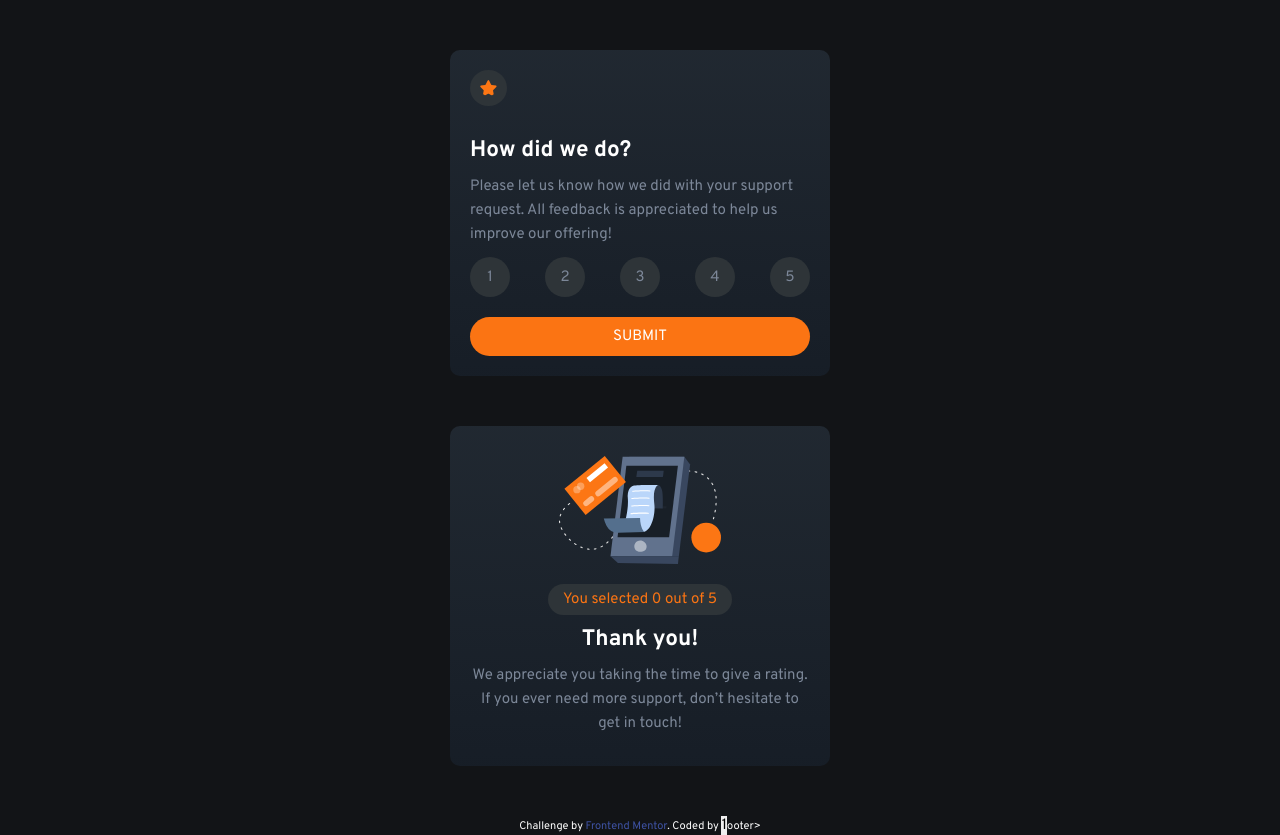
Repository: huynhnhutanhduy/interactive-rating-component
Page: index.html
These files come from the project's save history. The page is drawn as it stood at one moment and after the next save; the edit follows.
The browser window is 1280 px wide. The pictures show the whole page.

Above is the page before, as saved 2022-10-19 10:44:27.

After the next save:
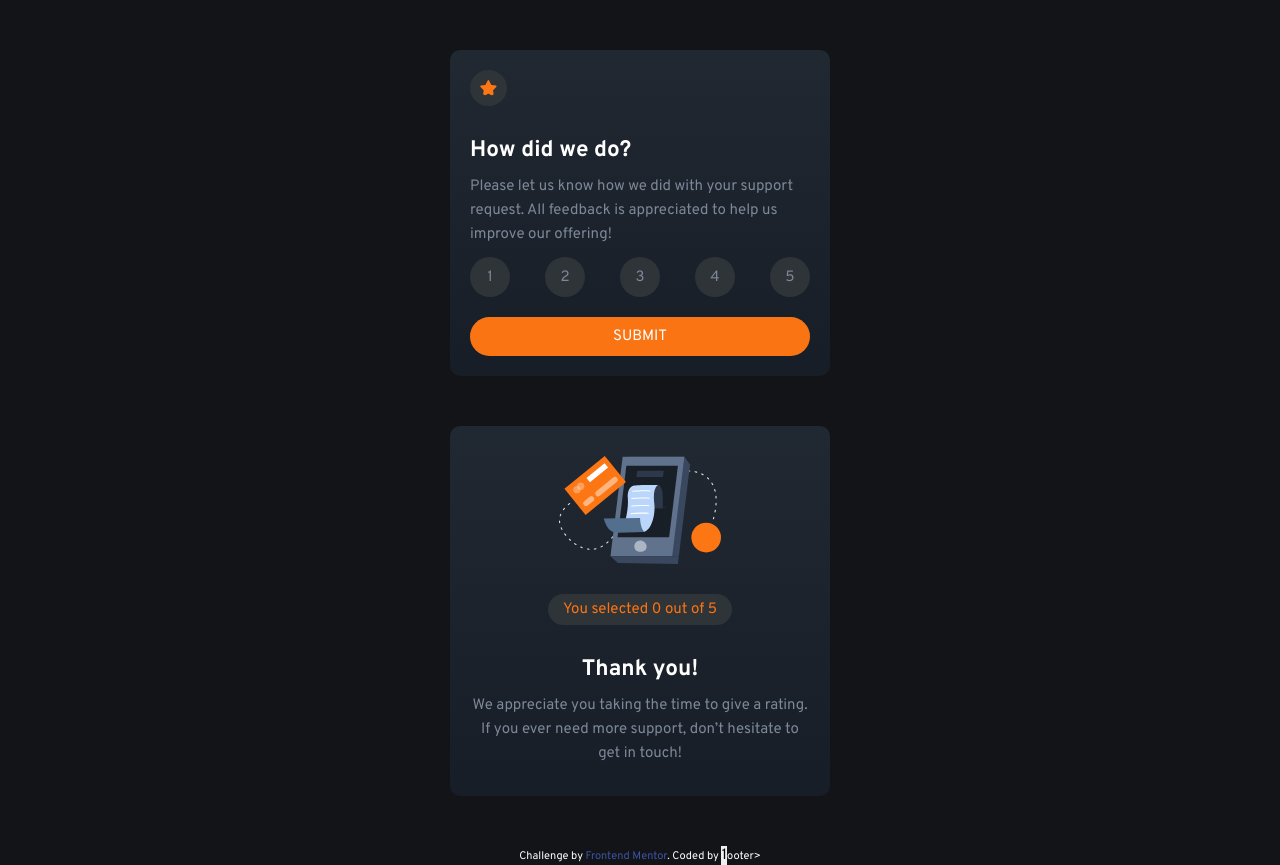
Saved 36 s later.
--- a/app.css
+++ b/app.css
@@ -110,5 +110,5 @@ button {
   display: inline-block;
   padding: 6px 1.5rem;
   border-radius: 2rem;
-  margin-bottom: 1rem;
+  margin: 1rem 0 3rem;
 }
